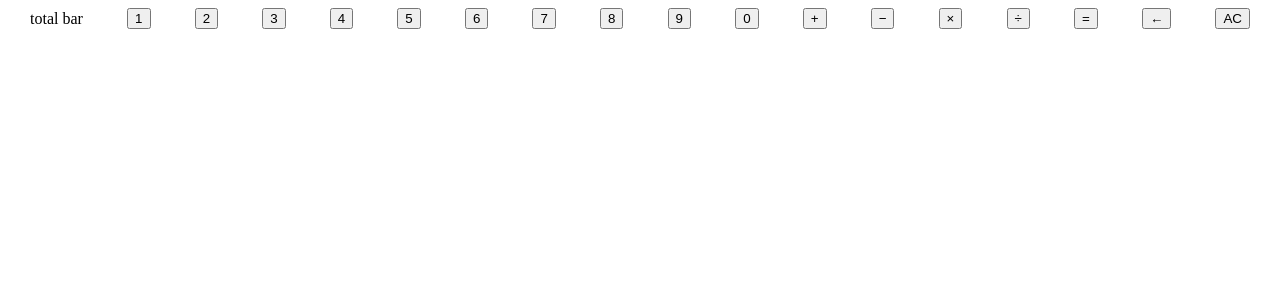
Repository: KaylaDamons/LAB-calculator
Page: index.html
The author's editor kept a copy of each file at every save. The page is drawn from the files as they stood at one save, then again after the next save.
The browser window is 1280 px wide. The pictures show the whole page.

Above is the page before, as saved 2024-01-13 17:20:28.

### index.html
<!DOCTYPE html>
<html lang="en">
<head>
  <meta charset="UTF-8">
  <meta name="viewport" content="width=device-width, initial-scale=1.0">
  <title>Calculator</title>
</head>
<body>
<div class="wrapper">
    <div>total bar</div>
    <button class="button">1</button>
    <button class="button">2</button>
    <button class="button">3</button>
    <button class="button">4</button>
    <button class="button">5</button>
    <button class="button">6</button>
    <button class="button">7</button>
    <button class="button">8</button>
    <button class="button">9</button>
    <button class="button">0</button>
    <button class="button">&#43</button>
    <button class="button">&#8722</button>
    <button class="button">&#215</button>
    <button class="button">&#247</button>
    <button class="button">&#61</button>
    <button class="button">&#8592</button>
    <button class="button">AC</button>

  </div>



  <link rel="stylesheet" href="main.css">
</body>
<script src="main.js"></script>
</html>

### main.css
body {
}

.wrapper {
  display: flex;
  justify-content: space-around;
  align-items: center;
  width: 100%;
}

### main.js
console.log("calculator");

After the next save:
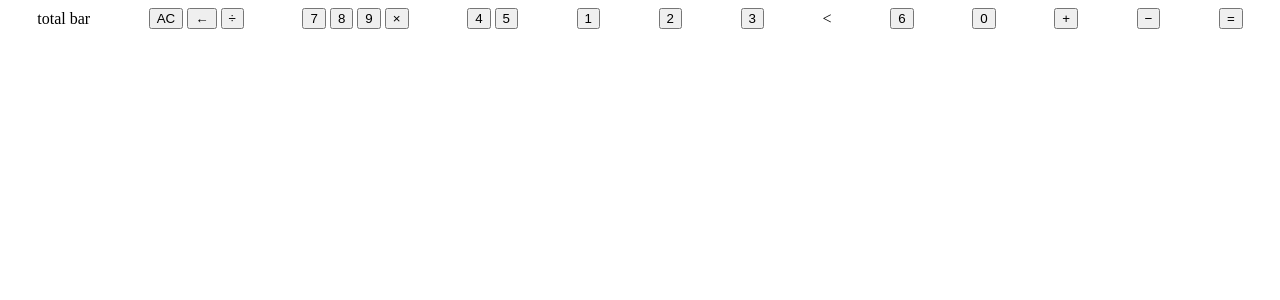
Saved 17 min 11 s later.
--- a/index.html
+++ b/index.html
@@ -8,23 +8,40 @@
 <body>
 <div class="wrapper">
     <div>total bar</div>
+    <div class="clearbutton">
+       <button class="clear">AC</button>
+       <button class="delete">&#8592</button>
+       <button class="divide">&#247</button>
+    </div>
+
+    <div class="buttonrow1">
+      <button class="button">7</button>
+      <button class="button">8</button>
+      <button class="button">9</button>
+      <button class="button times">&#215</button>
+    </div>
+
+    <div class="buttonrow2">
+      <button class="button">4</button>
+      <button class="button">5</button>
+
+    </div>
     <button class="button">1</button>
     <button class="button">2</button>
     <button class="button">3</button>
-    <button class="button">4</button>
-    <button class="button">5</button>
+    <
+
     <button class="button">6</button>
-    <button class="button">7</button>
-    <button class="button">8</button>
-    <button class="button">9</button>
+
+
+
     <button class="button">0</button>
     <button class="button">&#43</button>
     <button class="button">&#8722</button>
-    <button class="button">&#215</button>
-    <button class="button">&#247</button>
+
+
     <button class="button">&#61</button>
-    <button class="button">&#8592</button>
-    <button class="button">AC</button>
+
 
   </div>
 
